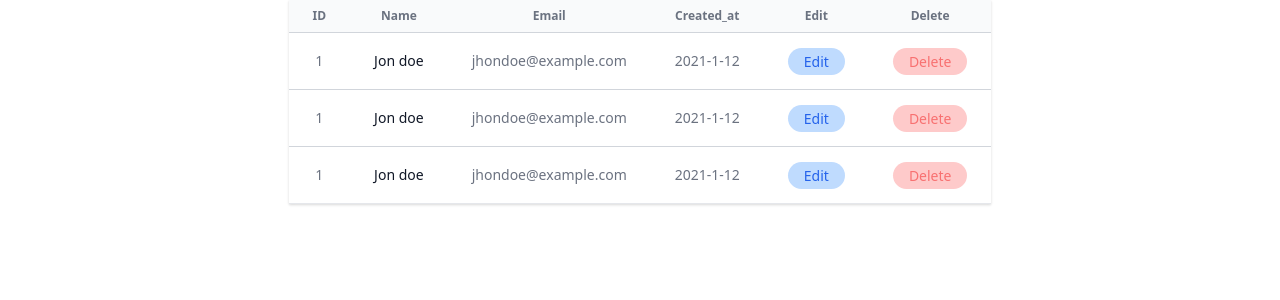
Repository: maikeru-desu/parking-lot
Page: / (app in parking-lot-fe/)
An editor plug-in stored every save of this project. The page is shown before and after the next save, followed by the edit.
The browser window is 1280 px wide. The pictures show the whole page.
The project was rebuilt for these pictures with package versions that can differ from the ones it lists, and the page was loaded fresh each time. Also part of the build but not shown: parking-lot-fe/craco.config.js.

Above is the page before, as saved 2021-10-13 23:36:36.

After the next save:
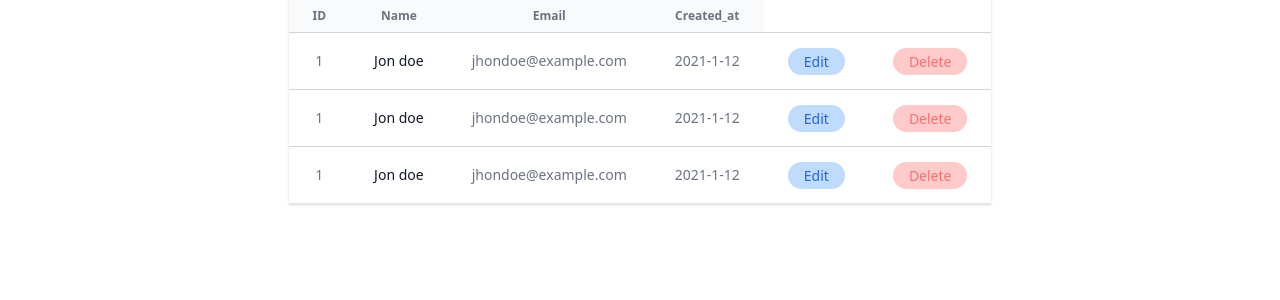
Saved 42 s later.
--- a/parking-lot-fe/src/pages/Home.js
+++ b/parking-lot-fe/src/pages/Home.js
@@ -20,12 +20,6 @@ const Home = () => {
                                     </th>
                                     <th className="px-6 py-2 text-xs text-gray-500">
                                         Created_at
-                                    </th>
-                                    <th className="px-6 py-2 text-xs text-gray-500">
-                                        Edit
-                                    </th>
-                                    <th className="px-6 py-2 text-xs text-gray-500">
-                                        Delete
                                     </th>
                                 </tr>
                             </thead>
